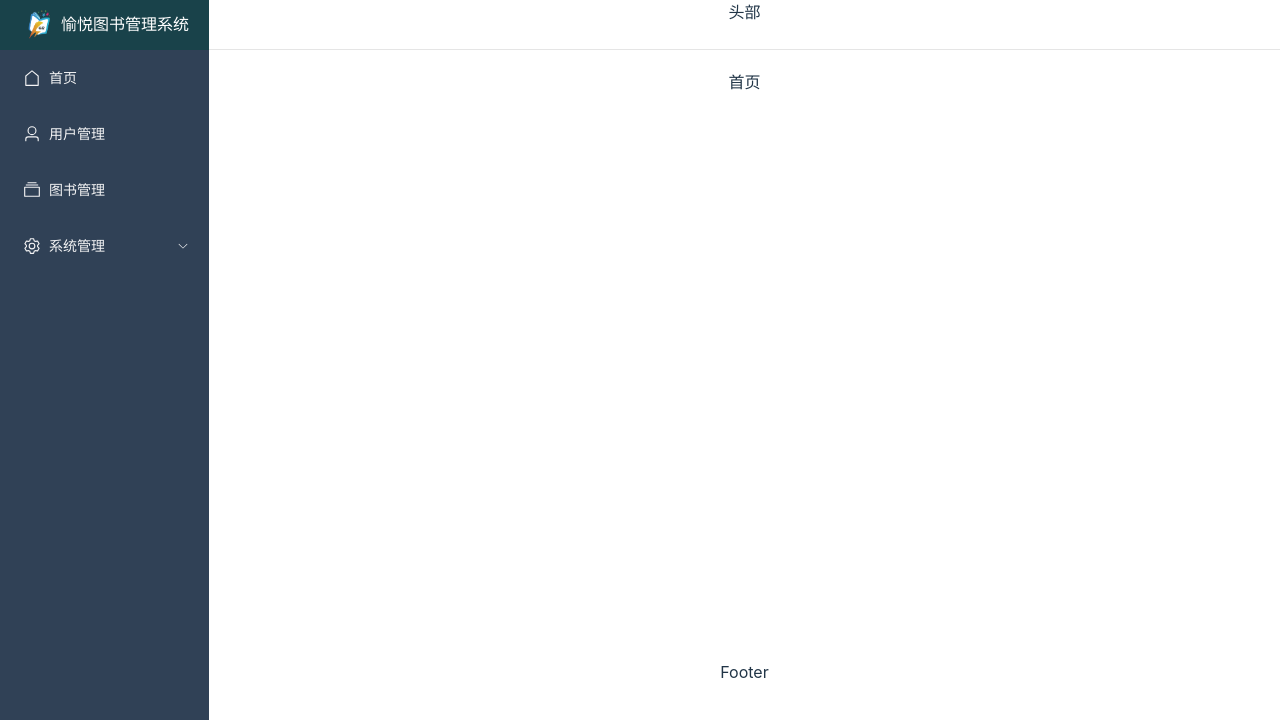
Repository: tjm3919/yuyue-book
Page: / (app in yuyue/out/production/yuyue/yuyue-ui/)
The author's editor kept a copy of each file at every save. The page is drawn from the files as they stood at one save, then again after a run of saves.
The browser window is 1280 px wide. The pictures show the whole page.
The project was rebuilt for these pictures with package versions that can differ from the ones it lists, and the page was loaded fresh each time. Also part of the build but not shown: yuyue/out/production/yuyue/yuyue-ui/vite.config.ts.

Above is the page before, as saved 2023-02-02 11:07:18.

After the next 2 saves:
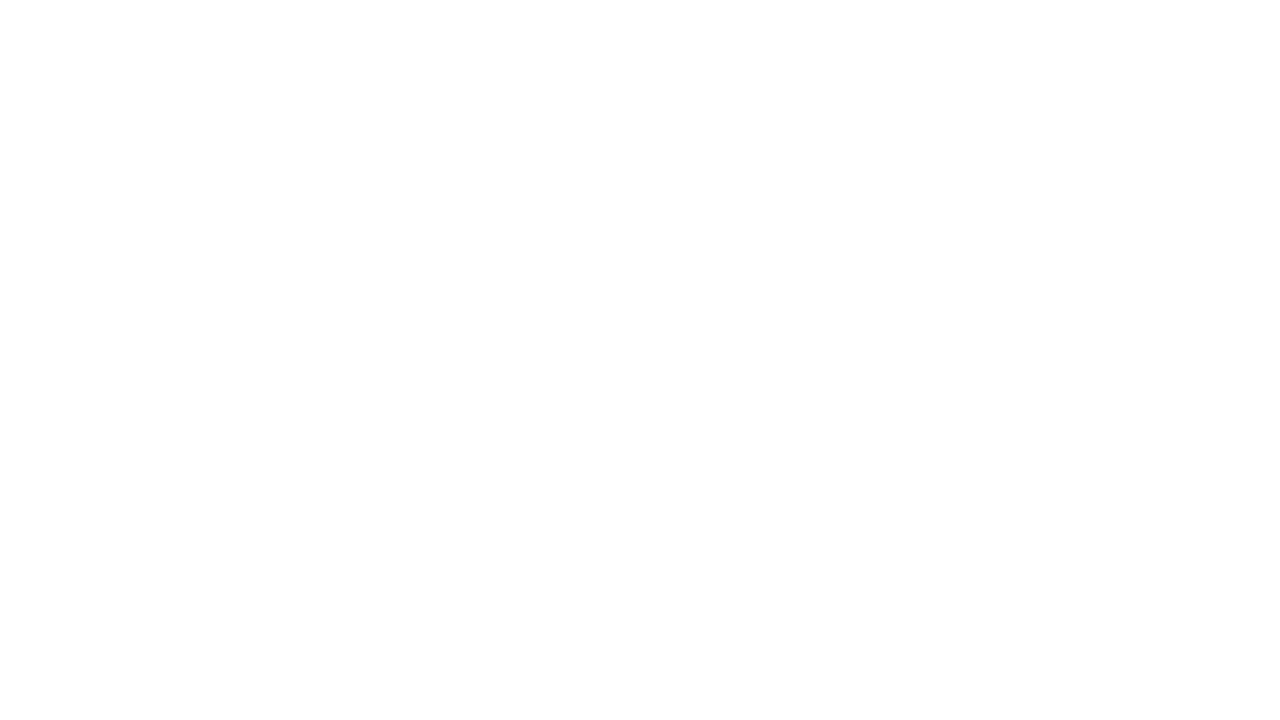
Console error: ReferenceError: Layout is not defined
The 2 saves are shown as one change because 1 did not build or start.
The last was saved 4 min 21 s later.
--- a/yuyue/out/production/yuyue/yuyue-ui/src/layout/menu/Menu.vue
+++ b/yuyue/out/production/yuyue/yuyue-ui/src/layout/menu/Menu.vue
@@ -14,7 +14,7 @@
     let menuList = reactive([
        {
             path: '/home',
-            component: () => import('@/components/page/home/home.vue'),
+            component: Layout,
             meta: {
                 title: "首页",
                 icon: "House",

After the save that followed:
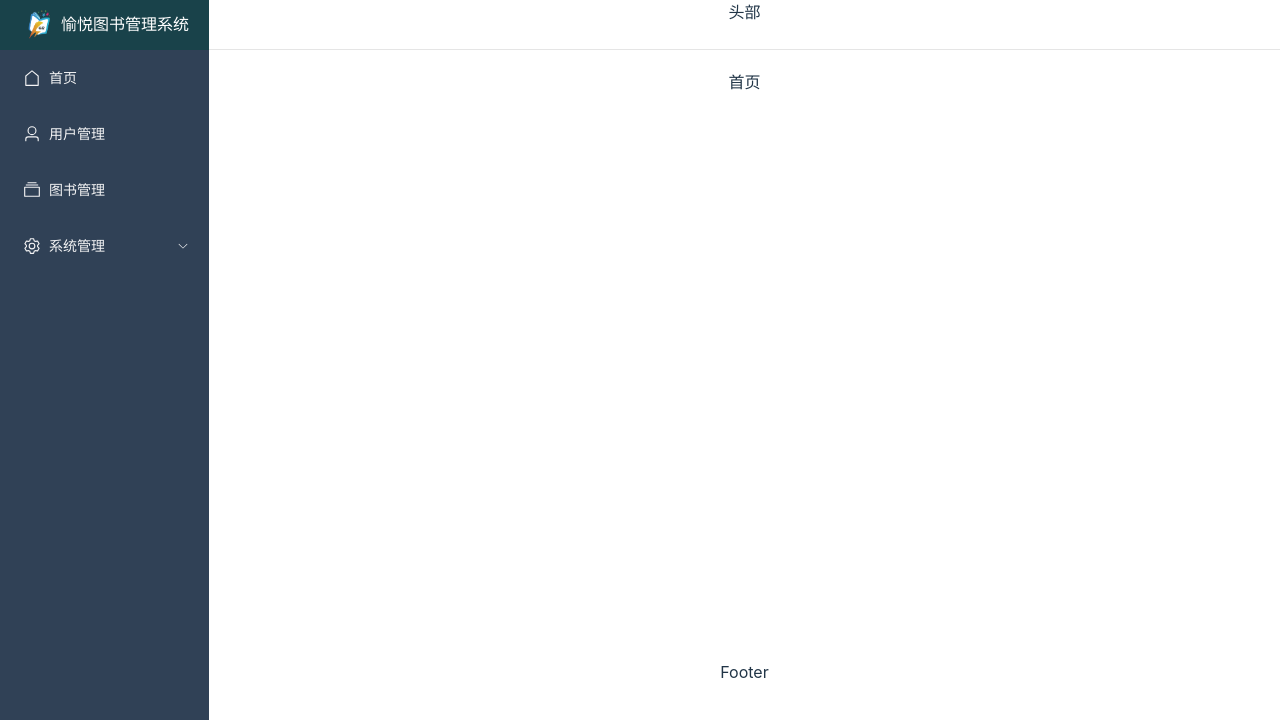
The error is gone.
Saved 11 s later.
--- a/yuyue/out/production/yuyue/yuyue-ui/src/layout/menu/Menu.vue
+++ b/yuyue/out/production/yuyue/yuyue-ui/src/layout/menu/Menu.vue
@@ -14,7 +14,7 @@
     let menuList = reactive([
        {
             path: '/home',
-            component: Layout,
+            component: "Layout",
             meta: {
                 title: "首页",
                 icon: "House",
